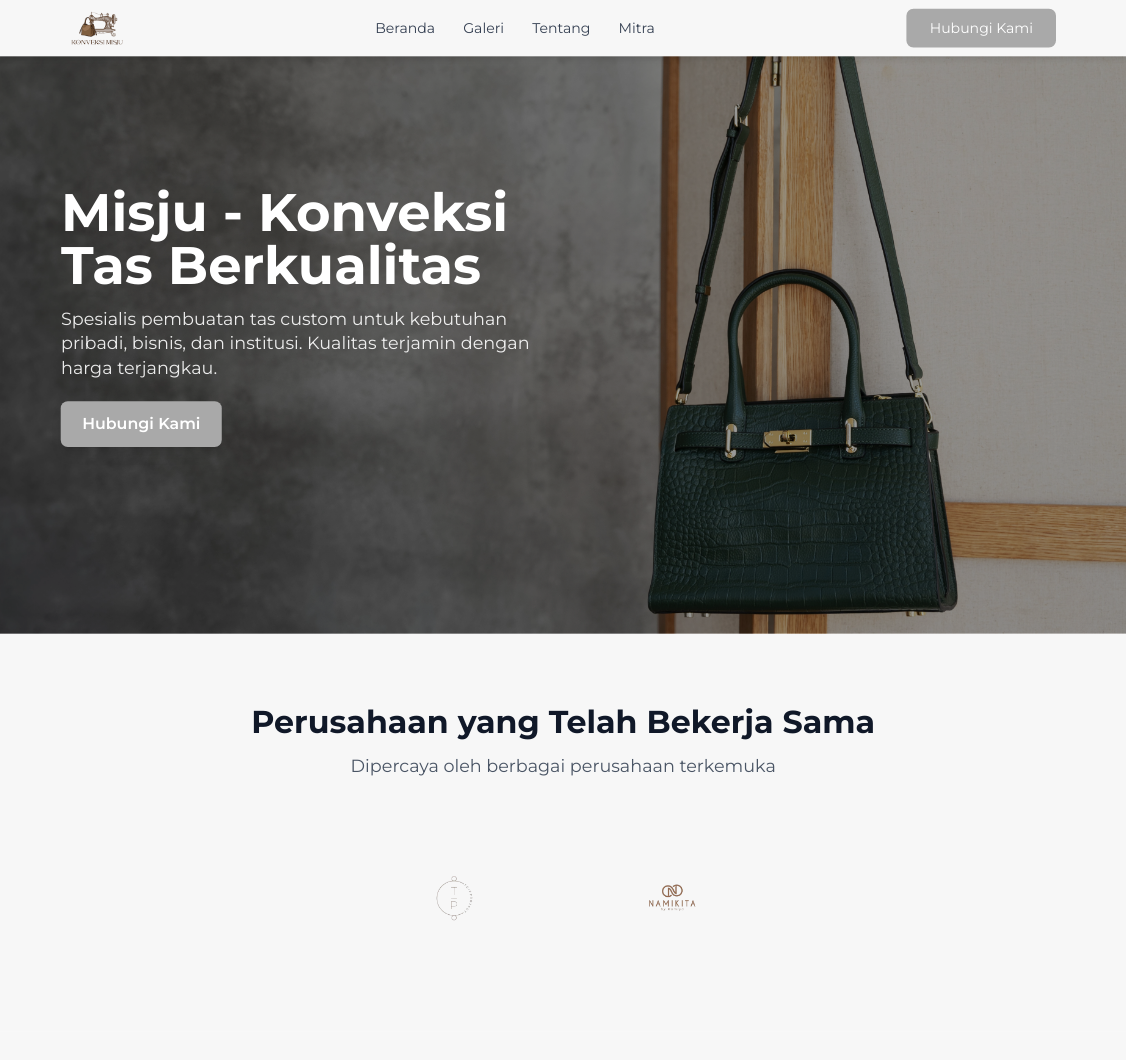
Repository: faridfirdaus-fred/konveksi_misju
Page: /
These files come from the project's save history. The page is drawn as it stood at one moment and after the next save; the edit follows.
The browser window is 1280 px wide. The pictures show the part of the page from y = 0 to 1204 px (the page is 3396 px tall before and 3332 px after), at 88% of full size.
Pictures or frames that could not be fetched are drawn as grey boxes. The project was rebuilt for these pictures with package versions that can differ from the ones it lists, and the page was loaded fresh each time. Also part of the build but not shown: vite.config.js.

Above is the page before, as saved 2026-01-09 20:10:37.

After the next save:
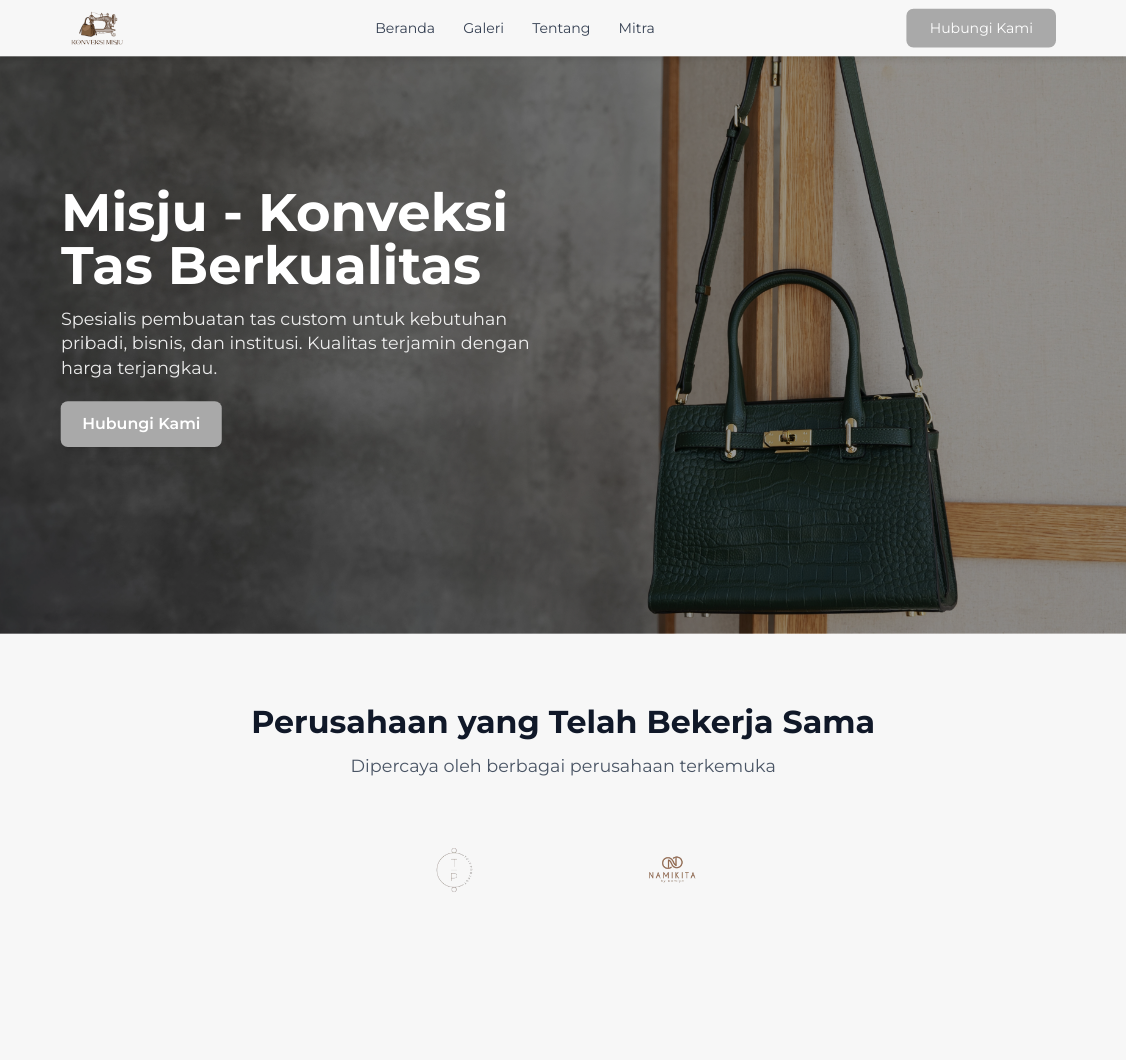
Saved 25 s later.
--- a/src/components/Partners.jsx
+++ b/src/components/Partners.jsx
@@ -30,7 +30,7 @@
         </div>
         <div className="flex flex-wrap justify-center gap-8 md:gap-12">
           {partners.map((partner) => (
-            <div key={partner.id} className="flex items-center justify-center p-8 rounded-lg hover:shadow-lg transition min-w-[200px]">
+            <div key={partner.id} className="flex items-center justify-center rounded-lg hover:shadow-lg transition min-w-[200px]">
               <img
                 src={partner.logo}
                 alt={partner.alt}
